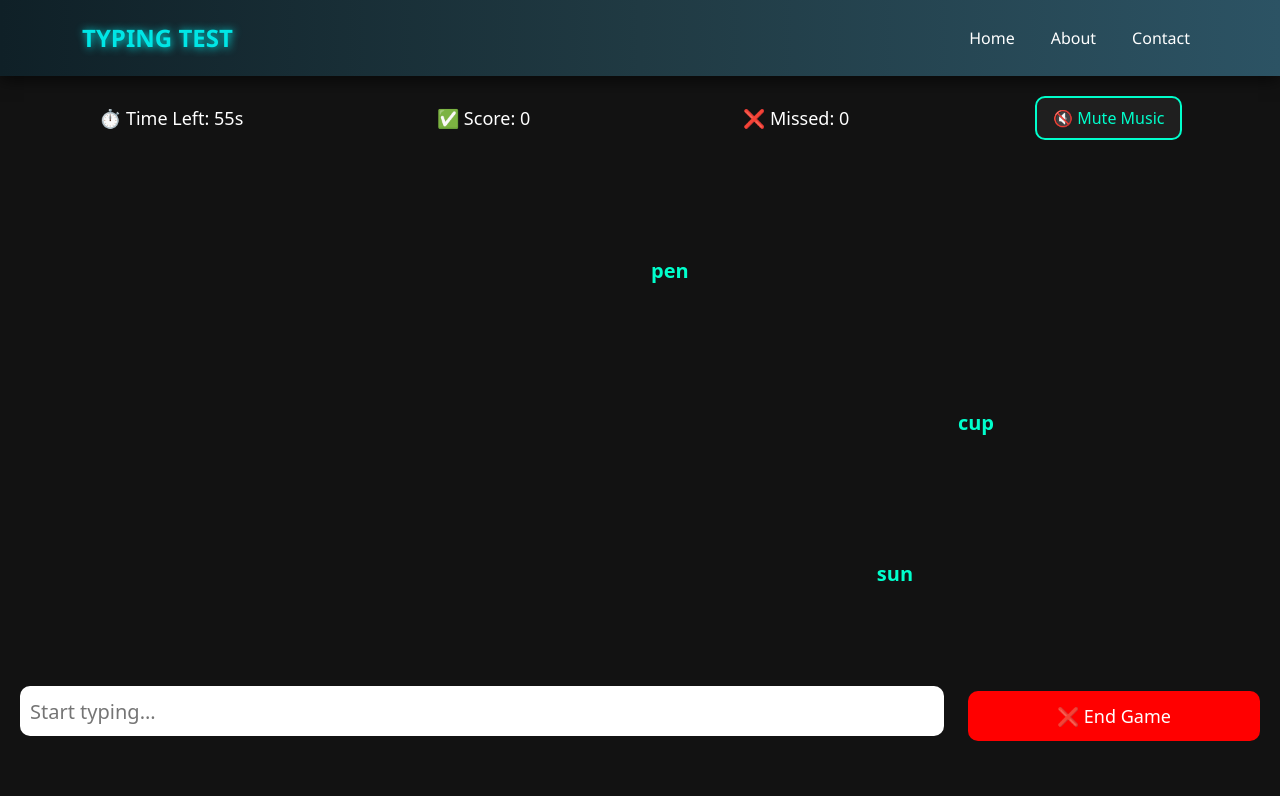
Repository: SHAHZADcodr/typing-test-react
Page: /game
The author's editor kept a copy of each file at every save. The page is drawn from the files as they stood at one save, then again after the next save.
The browser window is 1280 px wide. The pictures show the whole page.
The project was rebuilt for these pictures with package versions that can differ from the ones it lists, and the page was loaded fresh each time. Also part of the build but not shown: src/customCss/Home.css, src/pages/Home.jsx, src/customCss/About.css, src/pages/About.jsx, src/customCss/Contact.css, src/pages/Contact.jsx, src/customCss/GameOver.css, src/pages/GameOver.jsx. Imported but missing from the stored project, and not drawn on this page: src/assets/background.mp3, src/assets/pop.mp3.

Above is the page before, as saved 2025-04-09 01:24:41.

### src/index.js
import React from 'react';
import "bootstrap/dist/css/bootstrap.min.css";
import ReactDOM from 'react-dom/client';
import './index.css';
import App from './App';
import { BrowserRouter } from 'react-router-dom';
import reportWebVitals from './reportWebVitals';

const root = ReactDOM.createRoot(document.getElementById('root'));
root.render(
  <React.StrictMode>
    <BrowserRouter>
      <App />
    </BrowserRouter>
  </React.StrictMode>
);

// If you want to start measuring performance in your app, pass a function
// to log results (for example: reportWebVitals(console.log))
// or send to an analytics endpoint. Learn more: https://bit.ly/CRA-vitals
reportWebVitals();

### src/index.css
body {
  margin: 0;
  background: linear-gradient(135deg, #0f2027,
  #203a43, #2c5364);
}

### src/App.js
import {Routes,Route} from "react-router-dom";
import './App.css';
//pages
import Home  from "./pages/Home";
import About from "./pages/About";
import Contact from "./pages/Contact";
import Game from "./pages/Game";
import GameOver from "./pages/GameOver";

//components
import Navigation from "./components/Navbar";

function App() {
  return (
    <>
    <Navigation/>
    <Routes>
      <Route path="/" element={<Home/>}/>
      <Route path="*" element={<Home/>}/>
      <Route path="/about" element={<About/>}/>
      <Route path="/contact" element={<Contact/>}/>
      <Route path="/game" element={<Game/>}/>
      <Route path="/gameOver" element={<GameOver/>}/>

    </Routes>
    </>

  );
}

export default App;

### src/App.css
.custom-navbar {
  background: linear-gradient(to right, #0f2027, #203a43, #2c5364) !important;
  padding: 15px 20px;
  box-shadow: 0 4px 15px rgba(0, 0, 0, 0.6);
  font-family: 'Segoe UI', Tahoma, Geneva, Verdana, sans-serif;
}

.custom-navbar .navbar-brand {
  color: #00e6e6 !important;
  font-weight: bold;
  font-size: 1.5rem;
  text-shadow: 1px 1px 8px #00e6e6;
}

.custom-navbar .nav-link {
  color: #ffffff !important;
  margin-left: 20px;
  transition: color 0.3s ease, transform 0.2s ease;
  font-weight: 500;
}

.custom-navbar .nav-link:hover {
  color: #00e6e6 !important;
  transform: scale(1.05);
  text-shadow: 0 0 5px #00e6e6;
}

.custom-navbar .navbar-toggler {
  background-color: #00e6e6;
}

### src/pages/Game.jsx
// Same imports
import React, { useEffect, useRef, useState } from 'react';
import { useLocation, useNavigate } from 'react-router-dom';
import { Container, Row, Col, Button, Toast } from 'react-bootstrap';
import '../customCss/Game.css';
import popSound from '../assets/pop.mp3';
import bgMusicFile from '../assets/background.mp3';

const wordBank = {
  easy: ['cat', 'dog', 'sun', 'pen', 'cup'],
  medium: ['apple', 'banana', 'pencil', 'camera', 'jungle'],
  hard: ['algorithm', 'symphony', 'hypothesis', 'university', 'revolution']
};

const Game = () => {
  const { state } = useLocation();
  const navigate = useNavigate();
  const { difficulty = 'easy', duration = 60 } = state || {};

  const [words, setWords] = useState([]);
  const [typed, setTyped] = useState('');
  const [timeLeft, setTimeLeft] = useState(duration);
  const [score, setScore] = useState(0);
  const [missed, setMissed] = useState(0);
  const [showToast, setShowToast] = useState(true);
  const [bgMusicPlaying, setBgMusicPlaying] = useState(true);
  const [gameEnded, setGameEnded] = useState(false); // ✅ Avoid duplicate ending

  const wordId = useRef(0);
  const pop = new Audio(popSound);
  const bgMusic = useRef(new Audio(bgMusicFile));
  const inputRef = useRef();

  useEffect(() => {
    inputRef.current.focus();

    const timer = setInterval(() => {
      setTimeLeft((prev) => {
        if (prev <= 1) {
          if (!gameEnded) {
            endGame(); // ✅ Make sure endGame is called before timer cleanup
          }
          return 0;
        }
        return prev - 1;
      });
    }, 1000);

    return () => clearInterval(timer);
  }, []);

  useEffect(() => {
    const interval = setInterval(() => {
      const word = wordBank[difficulty][Math.floor(Math.random() * wordBank[difficulty].length)];
      const newWord = {
        id: wordId.current++,
        text: word,
        top: 0,
        left: Math.random() * 80 + 10,
        color: 'default'
      };
      setWords((prev) => [...prev, newWord]);
    }, 1500);
    return () => clearInterval(interval);
  }, [difficulty]);

  useEffect(() => {
    const falling = setInterval(() => {
      setWords((prevWords) => {
        const updated = prevWords.map((word) => ({ ...word, top: word.top + 2 }));
        const filtered = updated.filter((word) => {
          if (word.top >= 90) {
            setMissed((m) => m + 1); // ✅ Only missed here
            return false;
          }
          return true;
        });
        return filtered;
      });
    }, 100);
    return () => clearInterval(falling);
  }, []);

  const handleTyping = (e) => {
    const input = e.target.value;

    // ✅ Start music only once
    if (bgMusicPlaying && bgMusic.current.paused) {
      bgMusic.current.loop = true;
      bgMusic.current.play().catch((err) => {
        console.error("Audio play error:", err);
      });
    }

    setTyped(input);

    if (input.endsWith(' ')) {
      const trimmedInput = input.trim();
      const found = words.find((w) => w.text === trimmedInput);

      if (found) {
        pop.play();
        setScore((s) => s + 1);
        highlightAndRemove(found.id, 'green');
      } else {
        // ✅ Do NOT count as missed here anymore
        const randomWord = words[0];
        if (randomWord) {
          highlightAndRemove(randomWord.id, 'red');
        }
      }

      setTyped('');
    }
  };

  const highlightAndRemove = (id, color) => {
    setWords((prev) =>
      prev.map((w) => (w.id === id ? { ...w, color } : w))
    );
    setTimeout(() => {
      setWords((prev) => prev.filter((w) => w.id !== id));
    }, 300);
  };

  const endGame = () => {
    if (gameEnded) return;
    setGameEnded(true);

    bgMusic.current.pause();
    bgMusic.current.currentTime = 0;

    const total = score + missed;
    const accuracy = total === 0 ? 0 : Math.round((score / total) * 100);
    const wpm = Math.round(score / (duration / 60));

    const result = { score, missed, accuracy, wpm, total };

    // ✅ Save and delay slightly before navigating
    localStorage.setItem('gameResult', JSON.stringify(result));

    setTimeout(() => {
      navigate('/gameover');
    }, 300); // Added delay to ensure save completes
  };

  const toggleBgMusic = () => {
    if (bgMusicPlaying) {
      bgMusic.current.pause();
    } else {
      bgMusic.current.play();
    }
    setBgMusicPlaying(!bgMusicPlaying);
  };

  return (
    <Container fluid className="game-container">
      <Toast className="toast-message centered-toast" show={showToast} onClose={() => setShowToast(false)} delay={2000} autohide>
        <Toast.Header>
          <strong className="me-auto">Game Tip</strong>
        </Toast.Header>
        <Toast.Body>You have to press space after typing every word!</Toast.Body>
      </Toast>

      <div className="top-bar">
        <div className="top-item">⏱ Time Left: {timeLeft}s</div>
        <div className="top-item">✅ Score: {score}</div>
        <div className="top-item">❌ Missed: {missed}</div>
        <div className="top-item">
          <Button variant={bgMusicPlaying ? 'danger' : 'success'} onClick={toggleBgMusic} className="music-toggle-button">
            {bgMusicPlaying ? '🔇 Mute Music' : '🔊 Play Music'}
          </Button>
        </div>
      </div>

      <div className="falling-area">
        {words.map((word) => (
          <div
            key={word.id}
            className={`falling-word ${word.color}`}
            style={{ top: `${word.top}%`, left: `${word.left}%` }}
          >
            {word.text}
          </div>
        ))}
      </div>

      <Row className="mt-3 align-items-center bottom-controls">
        <Col xs={9}>
          <input
            type="text"
            className="typing-input"
            value={typed}
            onChange={handleTyping}
            ref={inputRef}
            placeholder="Start typing..."
          />
        </Col>
        <Col xs={3}>
          <Button onClick={endGame} className="end-game-button">
            ❌ End Game
          </Button>
        </Col>
      </Row>
    </Container>
  );
};

export default Game;

### src/components/Navbar.jsx
import React from 'react';
import { Navbar, Nav, Container } from 'react-bootstrap';
import { Link } from 'react-router-dom';
import '../App.css'; // Make sure this path is correct

const Navigation = () => {
  return (
    <Navbar expand="lg" className="custom-navbar" variant="dark">
      <Container>
        <Navbar.Brand as={Link} to="/">TYPING TEST</Navbar.Brand>
        <Navbar.Toggle aria-controls="basic-navbar-nav" />
        <Navbar.Collapse id="basic-navbar-nav">
          <Nav className="ms-auto">
            <Nav.Link as={Link} to="/">Home</Nav.Link>
            <Nav.Link as={Link} to="/about">About</Nav.Link>
            <Nav.Link as={Link} to="/contact">Contact</Nav.Link>
          </Nav>
        </Navbar.Collapse>
      </Container>
    </Navbar>
  );
};

export default Navigation;

### src/customCss/Game.css
.game-container {
  height: 100vh;
  background: #121212;
  color: white;
  padding: 20px;
  display: flex;
  flex-direction: column;
  justify-content: space-between;
  overflow: hidden;
}

/* Top bar aligned horizontally */
.top-bar {
  display: flex;
  justify-content: space-between;
  align-items: center;
  flex-wrap: wrap;
  gap: 10px;
  margin-bottom: 15px;
}

.top-item {
  flex: 1;
  text-align: center;
  font-size: 18px;
}

/* Style for audio button */
.music-toggle-button {
  background-color: #1f1f1f;
  color: #00ffcc;
  border: 2px solid #00ffcc;
  border-radius: 10px;
  padding: 8px 16px;
  font-size: 16px;
  transition: all 0.3s ease;
}

.music-toggle-button:hover {
  background-color: #00ffcc;
  color: #121212;
}

/* Toast styling for center display */
.toast-message {
  position: fixed;
  top: 50%;
  left: 50%;
  transform: translate(-50%, -50%);
  background-color: rgba(255, 255, 255, 0.95);
  color: #121212;
  padding: 20px 30px;
  border-radius: 10px;
  font-size: 18px;
  font-weight: bold;
  z-index: 9999;
  box-shadow: 0 0 10px rgba(0, 255, 204, 0.7);
}

/* Falling words area */
.falling-area {
  flex: 1;
  position: relative;
  width: 100%;
  overflow: hidden;
  margin-bottom: 10px;
}

.falling-word {
  position: absolute;
  font-size: 20px;
  font-weight: bold;
  color: #00ffcc;
  transition: top 0.1s linear;
}

.falling-word.green {
  color: #00ff00;
}

.falling-word.red {
  color: #ff4d4d;
}

.typing-input {
  width: 100%;
  padding: 10px;
  font-size: 20px;
  border-radius: 10px;
  border: none;
  outline: none;
  height: 50px;
  margin-bottom: 10px;
}

.end-game-button {
  width: 100%;
  height: 50px;
  font-size: 18px;
  background-color: red;
  color: white;
  border: none;
  border-radius: 10px;
  transition: background-color 0.3s ease;
}

.end-game-button:hover {
  background-color: darkred;
}

.bottom-controls {
  margin-bottom: 30px;
}
.toast-message.centered-toast {
  position: fixed;
  top: 50%;
  left: 50%;
  transform: translate(-50%, -50%);
  z-index: 9999;
  background-color: rgba(255, 255, 255, 0.95);
  color: #121212;
  padding: 8px 16px; /* Reduced padding */
  border-radius: 8px;
  font-size: 14px; /* Slightly smaller */
  font-weight: 500;
  box-shadow: 0 0 8px rgba(0, 255, 204, 0.7);
  white-space: nowrap; /* Keeps toast width tight around text */
  max-width: 90%; /* Prevent overflow on small screens */
  text-align: center;
}

Loaded but not shown: public/index.html (common file); src/reportWebVitals.js (common file)

After the next save:
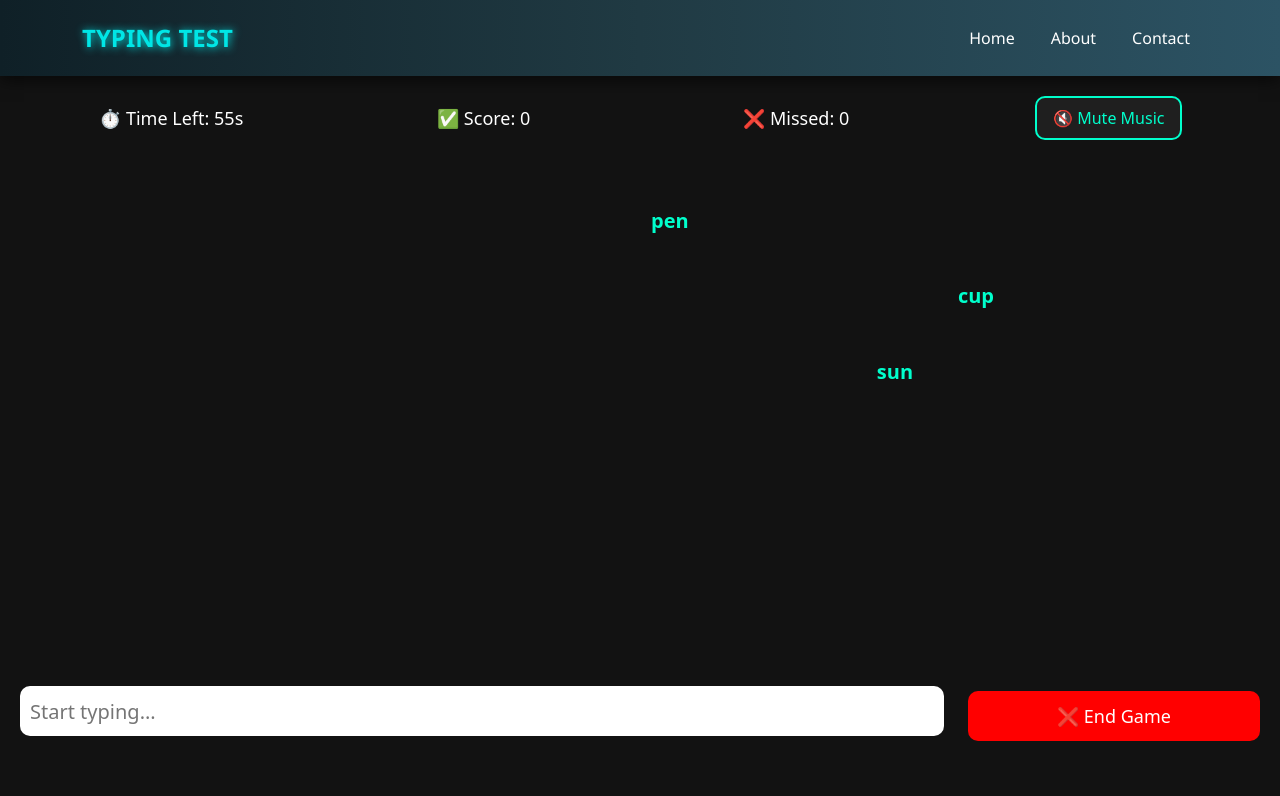
Saved 18 s later.
--- a/src/pages/Game.jsx
+++ b/src/pages/Game.jsx
@@ -67,7 +67,7 @@ const Game = () => {
   useEffect(() => {
     const falling = setInterval(() => {
       setWords((prevWords) => {
-        const updated = prevWords.map((word) => ({ ...word, top: word.top + 2 }));
+        const updated = prevWords.map((word) => ({ ...word, top: word.top + 1 }));
         const filtered = updated.filter((word) => {
           if (word.top >= 90) {
             setMissed((m) => m + 1); // ✅ Only missed here
